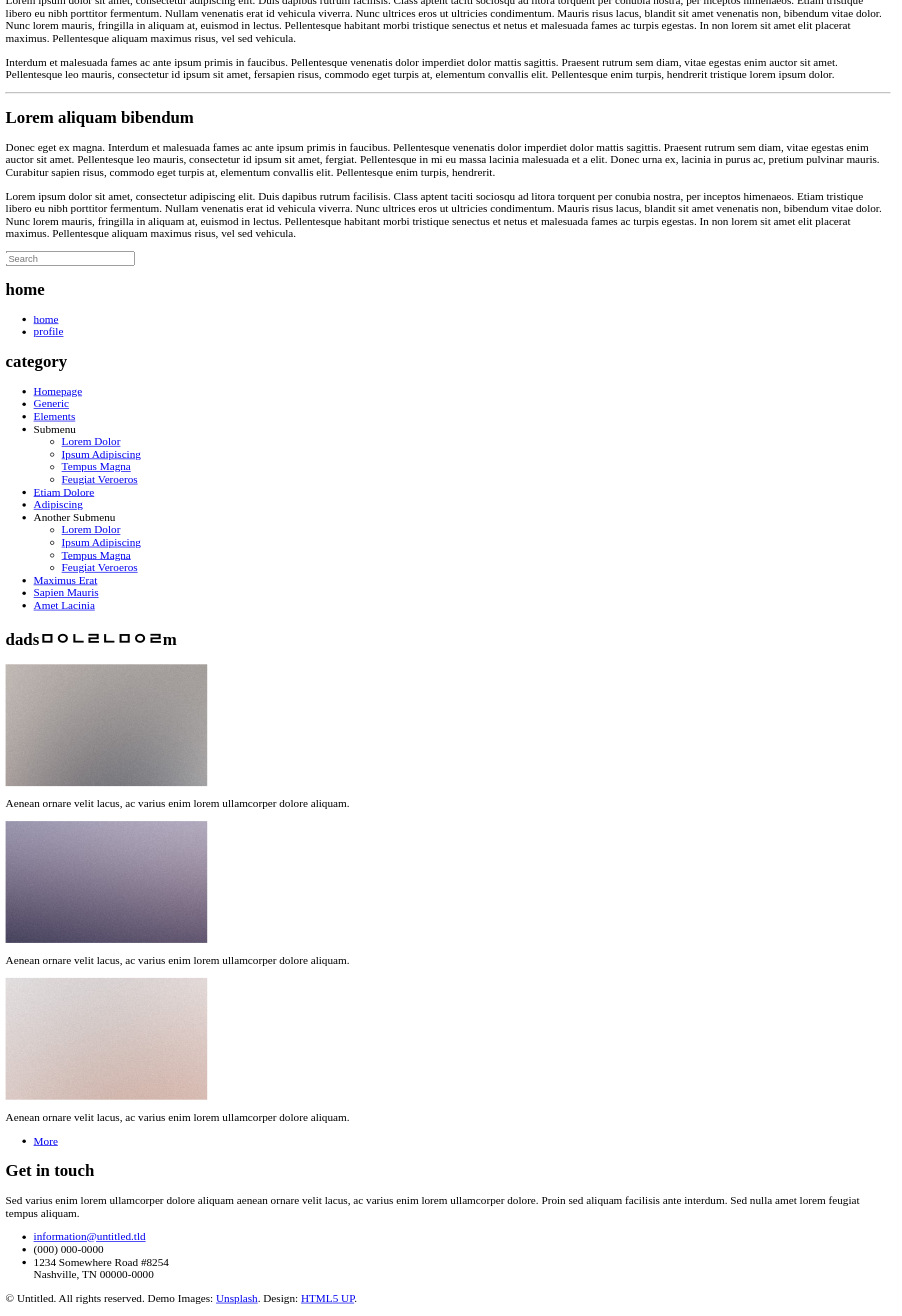
Repository: noCountJun/blog
Page: http://localhost/blogProject2/WEB-INF/views/board/bootTest.jsp
The author's editor kept a copy of each file at every save. The page is drawn from the files as they stood at one save, then again after the next save.
The browser window is 1280 px wide. The page is 1288 px wide, so the pictures cover 1288 px, including what lies to the right of the window. The pictures show the part of the page from y = 1180 to 3060 px (the page is 3060 px tall before and 2949 px after), at 70% of full size.
The page is served by Tomcat 9. Nobody is signed in. The template is opened directly, without the code that normally fills it, so the values that code supplies are empty.

Above is the page before, as saved 2019-08-20 07:31:10.

After the next save:
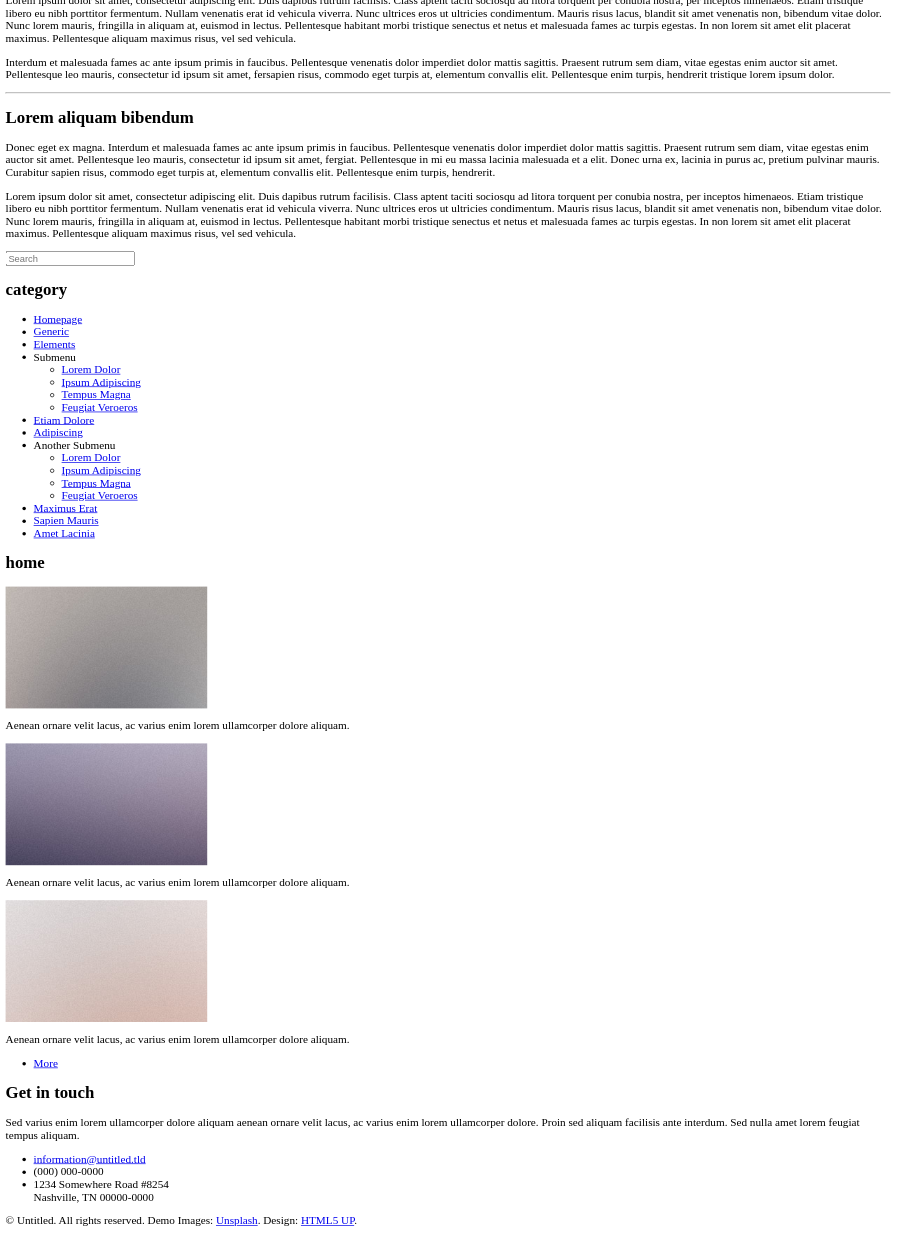
Saved 38 s later.
--- a/blogProject2/src/main/webapp/WEB-INF/views/category/category.jsp
+++ b/blogProject2/src/main/webapp/WEB-INF/views/category/category.jsp
@@ -13,16 +13,6 @@
 		</section>
 
 		<!-- Menu -->
-		<nav id="menu">
-			<header class="major">
-				<h2>home</h2>
-			</header>
-			<ul>
-				<li><a href="index.html">home</a></li>
-				<li><a href="generic.html">profile</a></li>
-			</ul>
-		</nav>
-
 		<nav id="menu">
 			<header class="major">
 				<h2>category</h2>
@@ -60,7 +50,7 @@
 		<!-- Section -->
 		<section>
 			<header class="major">
-				<h2>dadsㅁㅇㄴㄹㄴㅁㅇㄹm</h2>
+				<h2>home</h2>
 			</header>
 			<div class="mini-posts">
 				<article>
